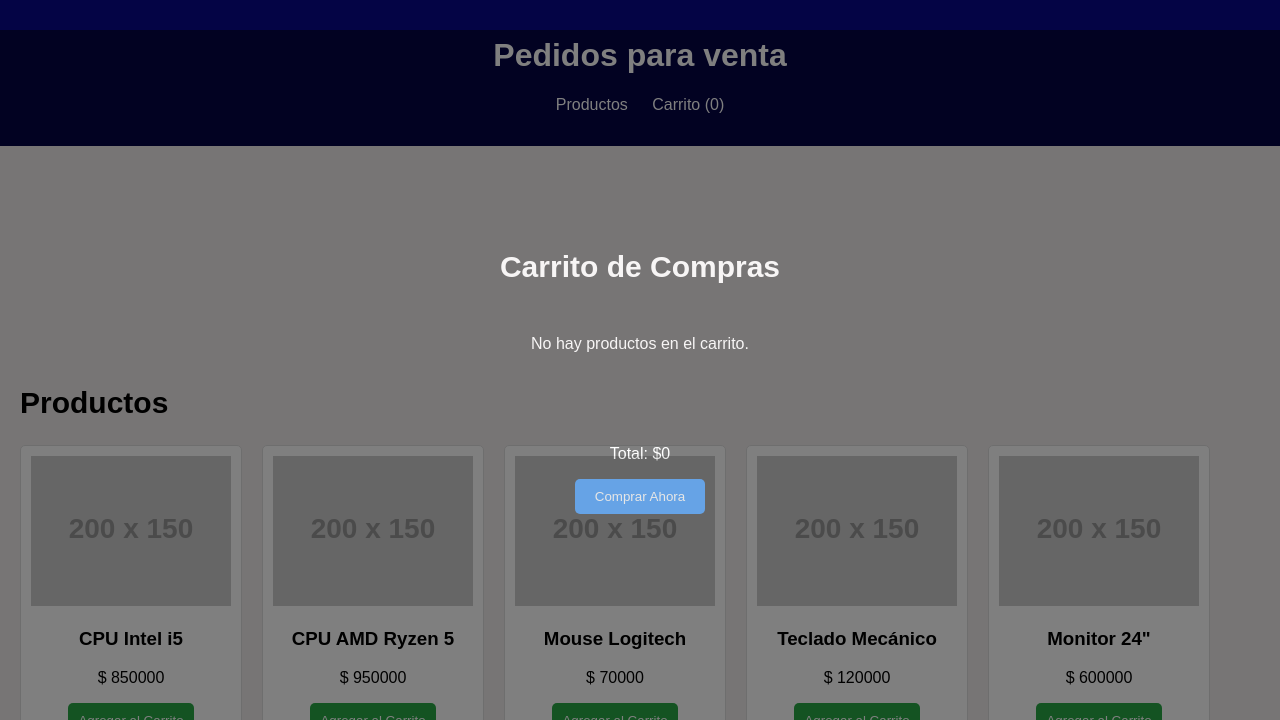
Repository: ye909/RAVPIP
Page: src/templei/ventasPortatil.html
The author's editor kept a copy of each file at every save. The page is drawn from the files as they stood at one save, then again after the next save.
The browser window is 1280 px wide. The pictures show the window.
A layer covers the whole window, so only the first screen is drawn.

Above is the page before, as saved 2025-04-10 08:15:20.
Console error: ReferenceError: updateCart is not defined

After the next save:
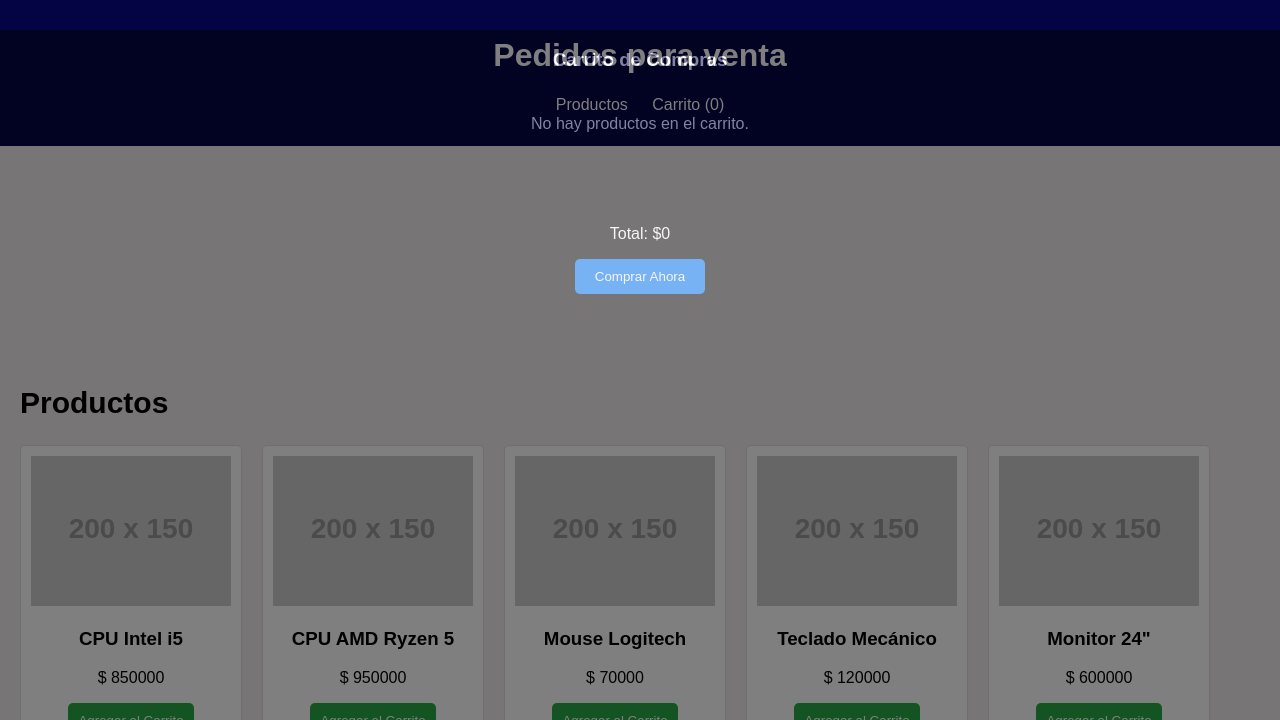
Saved 24 s later.
--- a/src/templei/ventasPortatil.html
+++ b/src/templei/ventasPortatil.html
@@ -28,7 +28,7 @@
     </section>
 
     <section id="carrito" class="carrito">
-      <h2>Carrito de Compras</h2>
+      <h3>Carrito de Compras</h3>
       <div id="cart-items">
         <p>No hay productos en el carrito.</p>
       </div>

After the save that followed:
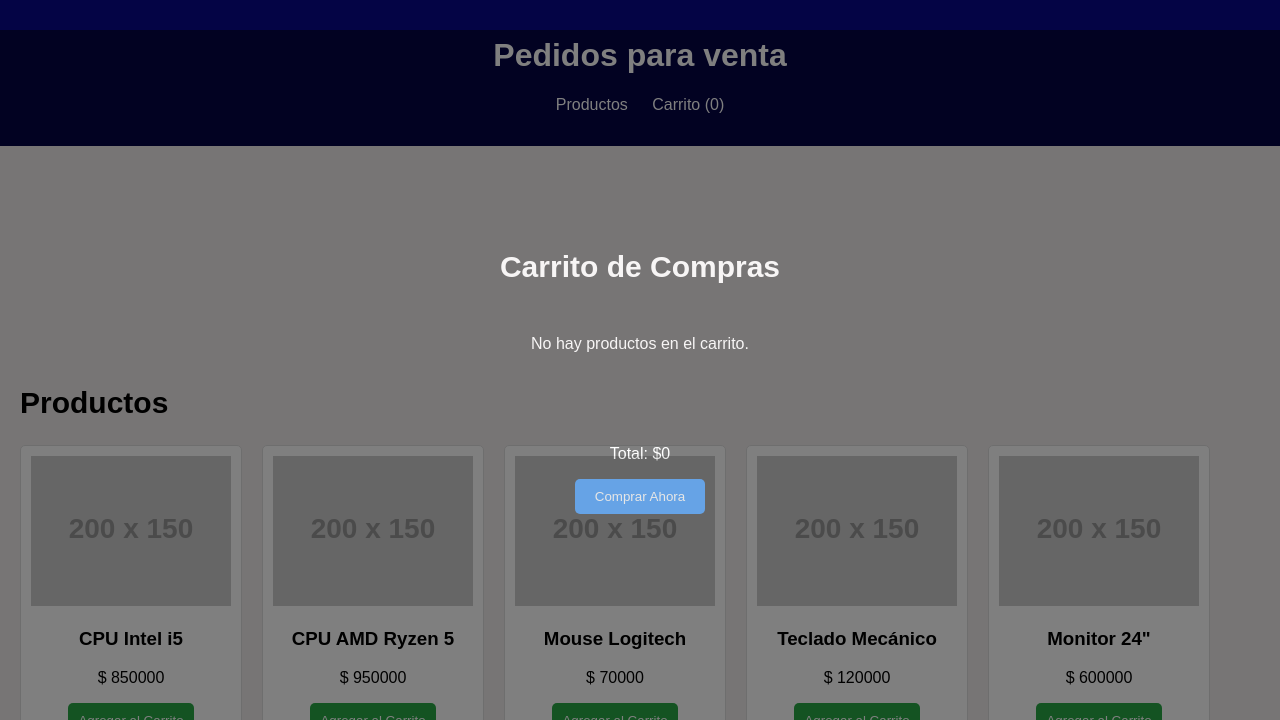
Saved 11 s later.
--- a/src/templei/ventasPortatil.html
+++ b/src/templei/ventasPortatil.html
@@ -28,7 +28,7 @@
     </section>
 
     <section id="carrito" class="carrito">
-      <h3>Carrito de Compras</h3>
+      <h2>Carrito de Compras</h2>
       <div id="cart-items">
         <p>No hay productos en el carrito.</p>
       </div>
